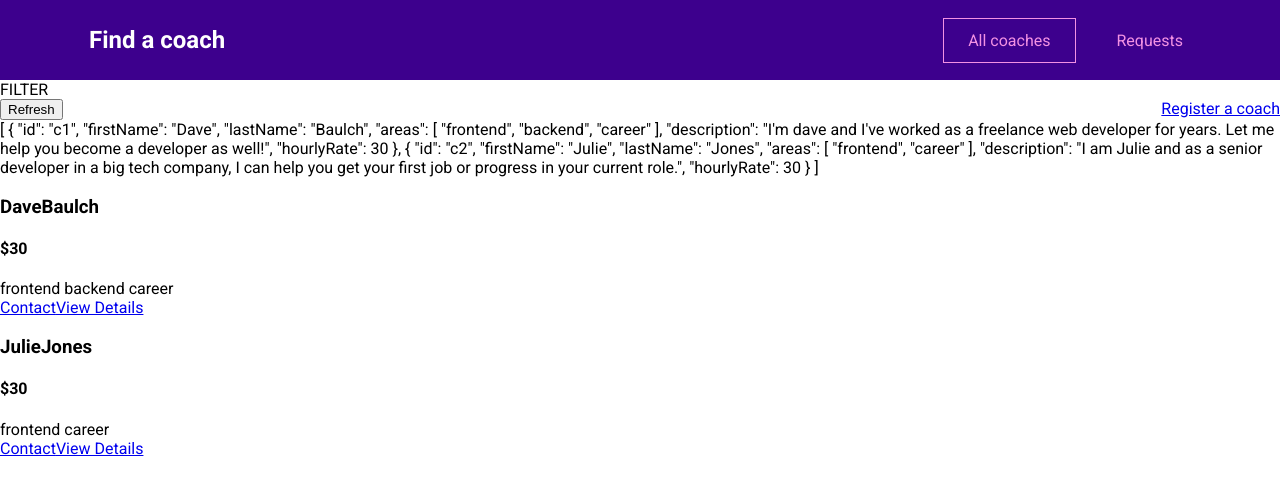
Repository: DaveBaulch/vue-course-find-a-coach
Page: /
These files come from the project's save history. The page is drawn as it stood at one moment and after the next save; the edit follows.
The browser window is 1280 px wide. The pictures show the whole page.
The project was rebuilt for these pictures with package versions that can differ from the ones it lists, and the page was loaded fresh each time. Also part of the build but not shown: src/pages/coaches/CoachDetail.vue, src/pages/coaches/CoachRegistration.vue, src/pages/requests/ContactCoach.vue, src/pages/requests/RequestsReceived.vue. Imported but missing from the stored project, and not drawn on this page: src/pages/NotFound.vue.

Above is the page before, as saved 2021-01-23 14:56:02.

### src/App.vue
<template>
  <div id="app">
    <the-header />
    <router-view/>
  </div>
</template>

<script>
  import TheHeader from './components/layout/TheHeader.vue'

  export default {
    components: {
      TheHeader
    }
  }
</script>



<style>
@import url("https://fonts.googleapis.com/css2?family=Roboto:wght@400;700&display=swap");

* {
  box-sizing: border-box;
}

html {
  font-family: "Roboto", sans-serif;
}

body {
  margin: 0;
}

</style>

### src/router/index.js
import Vue from 'vue'
import VueRouter from 'vue-router'
import CoachDetail from '../pages/coaches/CoachDetail.vue';
import CoachesList from '../pages/coaches/CoachesList.vue';
import CoachRegistation from '../pages/coaches/CoachRegistration.vue';
import ContactCoach from '../pages/requests/ContactCoach.vue';
import RequestsReceived from '../pages/requests/RequestsReceived.vue';
import NotFound from '../pages/NotFound.vue'

Vue.use(VueRouter)

const routes = [
  {
    path: '/', redirect: '/coaches'
  },
  {
    path: '/coaches', component: CoachesList
  },
  {
    path: '/coaches/:id',
    component: CoachDetail,
    children: [
      { path: 'contact', component: ContactCoach } // /coaches/c1/contact
    ]
  },
  { path: '/register', component: CoachRegistation },
  { path: '/requests', component: RequestsReceived },
  { path: '/:notFound(.*)', component: NotFound }
]

const router = new VueRouter({
  mode: 'history',
  base: process.env.BASE_URL,
  routes
})

export default router

### src/store/index.js
import Vue from 'vue'
import Vuex from 'vuex'
import coachesModule from './modules/coaches/index.js'

Vue.use(Vuex)

const store = new Vuex.Store({
  modules: {
    coaches: coachesModule
  }
})

export default store;

### src/components/layout/TheHeader.vue
<template>
<header>
  <nav>
    <h1><router-link to="/">Find a coach</router-link></h1>
    <ul>
      <li><router-link to="/coaches">All coaches</router-link></li>
      <li><router-link to="/requests">Requests</router-link></li>
    </ul>
  </nav>
</header>
</template>

<script>
export default {
}
</script>

<!-- Add "scoped" attribute to limit CSS to this component only -->
<style scoped>
header {
  width: 100%;
  height: 5rem;
  background-color: #3d008d;
  display: flex;
  justify-content: center;
  align-items: center;
}

header a {
  text-decoration: none;
  color: #f391e3;
  display: inline-block;
  padding: 0.75rem 1.5rem;
  border: 1px solid transparent;
}

a:active,
a:hover,
a.router-link-active {
  border: 1px solid #f391e3;
}

h1 {
  margin: 0;
}

h1 a {
  color: white;
  margin: 0;
}

h1 a:hover,
h1 a:active,
h1 a.router-link-active {
  border-color: transparent;
}

header nav {
  width: 90%;
  margin: auto;
  display: flex;
  justify-content: space-between;
  align-items: center;
}

header ul {
  list-style: none;
  margin: 0;
  padding: 0;
  display: flex;
  justify-content: center;
  align-items: center;
}

li {
  margin: 0 0.5rem;
}
</style>

### src/pages/coaches/CoachesList.vue
<template>
<div>
  <section>
    FILTER
  </section>
  <section>
    <div class="controls">
      <button>Refresh</button>
      <router-link to="/register">Register a coach</router-link>
    </div>
    {{  filteredCoaches}}
    <ul v-if="hasCoaches">
      <coach-item
      v-for="coach in filteredCoaches"
      :key="coach.id"
      :id="coach.id"
      :first-name="coach.firstName"
      :last-name="coach.lastName"
      :rate="coach.hourlyRate"
      :areas="coach.areas"
      ></coach-item>
    </ul>
    <h3 v-else>No coaches found</h3>
  </section>
  </div>
</template>

<script>
  import CoachItem from '../../components/coaches/CoachItem.vue'

  export default {
    components: {
      CoachItem
    },
    computed: {
      filteredCoaches() {
        return this.$store.getters['coaches/coaches'];
      },
      hasCoaches() {
        return this.$store.getters['coaches/hasCoaches'];
      }
    }
  }
</script>

<style scoped>
  ul {
    list-style: none;
    margin: 0;
    padding: 0;
  }

  .controls {
    display: flex;
    justify-content: space-between;
  }
</style>

### src/store/modules/coaches/index.js
import mutations from './mutations.js'
import actions from './actions.js'
import getters from './getters.js'

export default {
  namespaced: true,
  state() {
    return {
      coaches: [
        {
          id: 'c1',
          firstName: 'Dave',
          lastName: 'Baulch',
          areas: ['frontend', 'backend', 'career'],
          description:
            "I'm dave and I've worked as a freelance web developer for years. Let me help you become a developer as well!",
          hourlyRate: 30
        },
        {
          id: 'c2',
          firstName: 'Julie',
          lastName: 'Jones',
          areas: ['frontend', 'career'],
          description:
            'I am Julie and as a senior developer in a big tech company, I can help you get your first job or progress in your current role.',
          hourlyRate: 30
        }
      ]
    }
  },
  mutations,
  actions,
  getters
}

### src/components/coaches/CoachItem.vue
<template>
  <li>
    <h3>{{ fullName }}</h3>
    <h4>${{ rate }}</h4>
    <div>
      <span v-for="area in areas" :key="area">
        {{ area }}
      </span>
    </div>
    <div class="actions">
      <router-link :to="coachContactLink">Contact</router-link>
      <router-link :to="coachDetailsLink">View Details</router-link>
    </div>
  </li>
</template>

<script>
  export default {
    props: ['id', 'firstName', 'lastName', 'rate', 'areas'],
    computed: {
      fullName() {
        return this.firstName + '' + this.lastName
      },
      coachContactLink() {
        return this.$route.path + '/' + this.id + /contact/
      },
      coachDetailsLink() {
        return this.$route.path + '/' + this.id // current route path /coaches/c1
      }
    }
  }
</script>

<style scoped>
  ul {
    list-style: none;
    margin: 0;
    padding: 0;
  }

  .controls {
    display: flex;
    justify-content: space-between;
  }
</style>

### src/store/modules/coaches/getters.js
export default {
  coaches(state) {
    return state.coaches;
  },
  hasCoaches(state) {
    return state.coaches && state.coaches.length > 0;
  }
}

Loaded but not shown: public/index.html (common file); src/main.js (common file); src/store/modules/coaches/mutations.js (common file); src/store/modules/coaches/actions.js (common file)

After the next save:
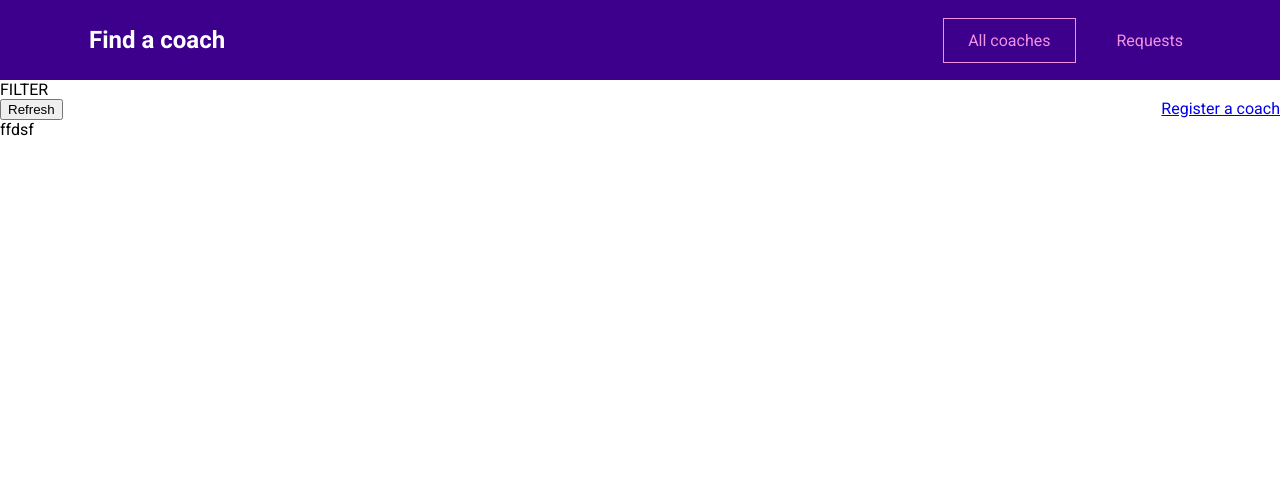
Saved 20 s later.
--- a/src/pages/coaches/CoachesList.vue
+++ b/src/pages/coaches/CoachesList.vue
@@ -8,19 +8,7 @@
       <button>Refresh</button>
       <router-link to="/register">Register a coach</router-link>
     </div>
-    {{  filteredCoaches}}
-    <ul v-if="hasCoaches">
-      <coach-item
-      v-for="coach in filteredCoaches"
-      :key="coach.id"
-      :id="coach.id"
-      :first-name="coach.firstName"
-      :last-name="coach.lastName"
-      :rate="coach.hourlyRate"
-      :areas="coach.areas"
-      ></coach-item>
-    </ul>
-    <h3 v-else>No coaches found</h3>
+ffdsf
   </section>
   </div>
 </template>

After the save that followed:
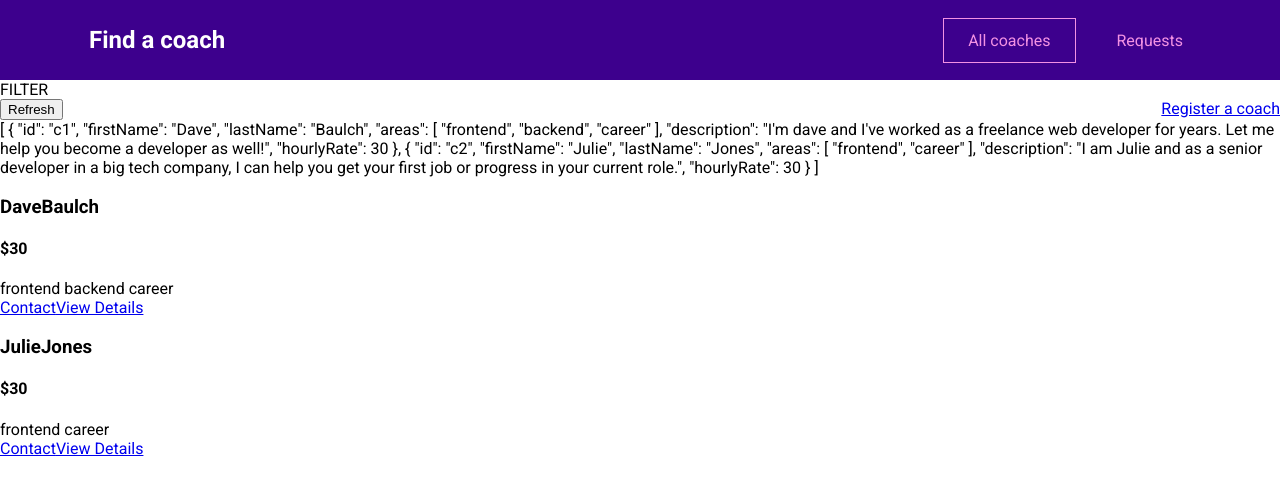
Saved 47 s later.
--- a/src/pages/coaches/CoachesList.vue
+++ b/src/pages/coaches/CoachesList.vue
@@ -8,7 +8,19 @@
       <button>Refresh</button>
       <router-link to="/register">Register a coach</router-link>
     </div>
-ffdsf
+    {{  filteredCoaches}}
+    <ul v-if="hasCoaches">
+      <coach-item
+      v-for="coach in filteredCoaches"
+      :key="coach.id"
+      :id="coach.id"
+      :first-name="coach.firstName"
+      :last-name="coach.lastName"
+      :rate="coach.hourlyRate"
+      :areas="coach.areas"
+      ></coach-item>
+    </ul>
+    <h3 v-else>No coaches found</h3>
   </section>
   </div>
 </template>
